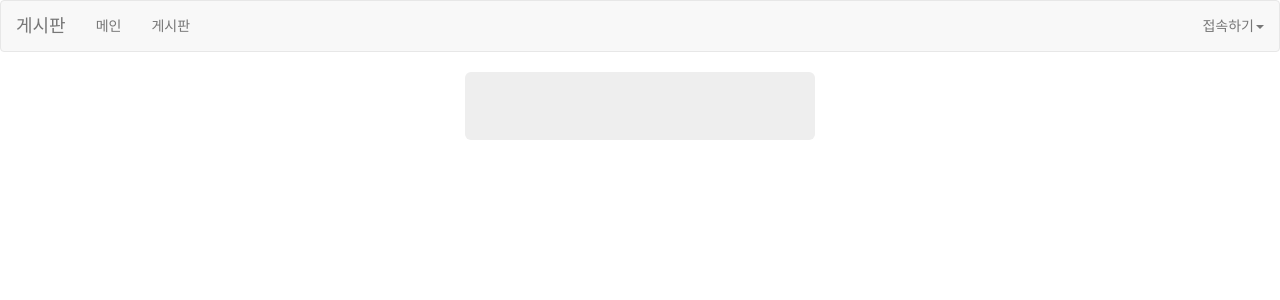
Repository: hojun324/myproject
Page: http://localhost/BBS/login.jsp
The author's editor kept a copy of each file at every save. The page is drawn from the files as they stood at one save, then again after the next save.
The browser window is 1280 px wide. The pictures show the whole page.
Some web libraries are served in a nearby version. The page is served by Tomcat 9.

Above is the page before, as saved 2021-04-16 07:18:52.

After the next save:
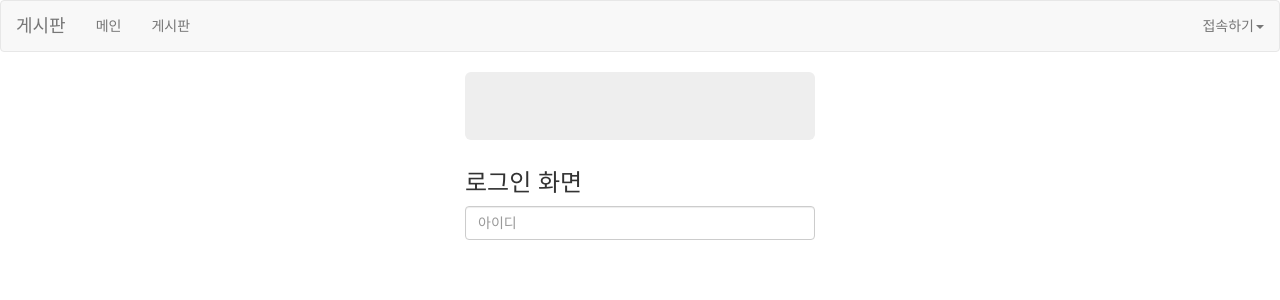
Saved 92 s later.
--- a/java/BBS/WebContent/login.jsp
+++ b/java/BBS/WebContent/login.jsp
@@ -43,7 +43,10 @@
 		<div class="col-lg-4">
 			<div class="jumbotron" style="padding-top:20px;"></div>
 			<form method="post" action="loginAction.jsp">  <!--post란 어떠한 정보를 숨기면서 보낼때,action란 그쪽으로 정보를 보내겠다-->
-				<h3></h3>
+				<h3 style="text-alian:center;">로그인 화면</h3>
+				<div class="form-group">
+					<input type="text" class="form-control" placeholder="아이디" name=userID">
+				</div>
 			</form>
 
 		</div>
